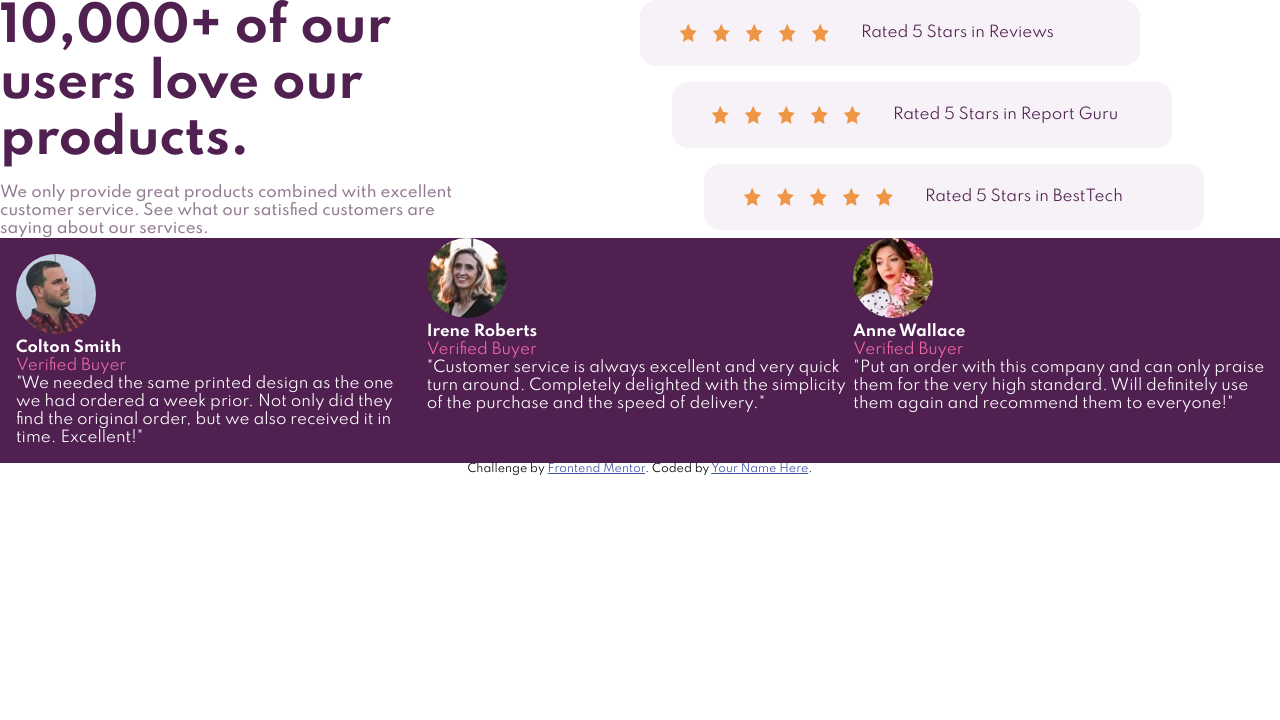
Repository: Pedrohamoura-Git/Frontend-Mentor-Challenges
Page: Newbie/social-proof-section-master/index.html
An editor plug-in stored every save of this project. The page is shown before and after the next save, followed by the edit.
The browser window is 1280 px wide. The pictures show the whole page.

Above is the page before, as saved 2021-05-30 12:28:06.

After the next save:
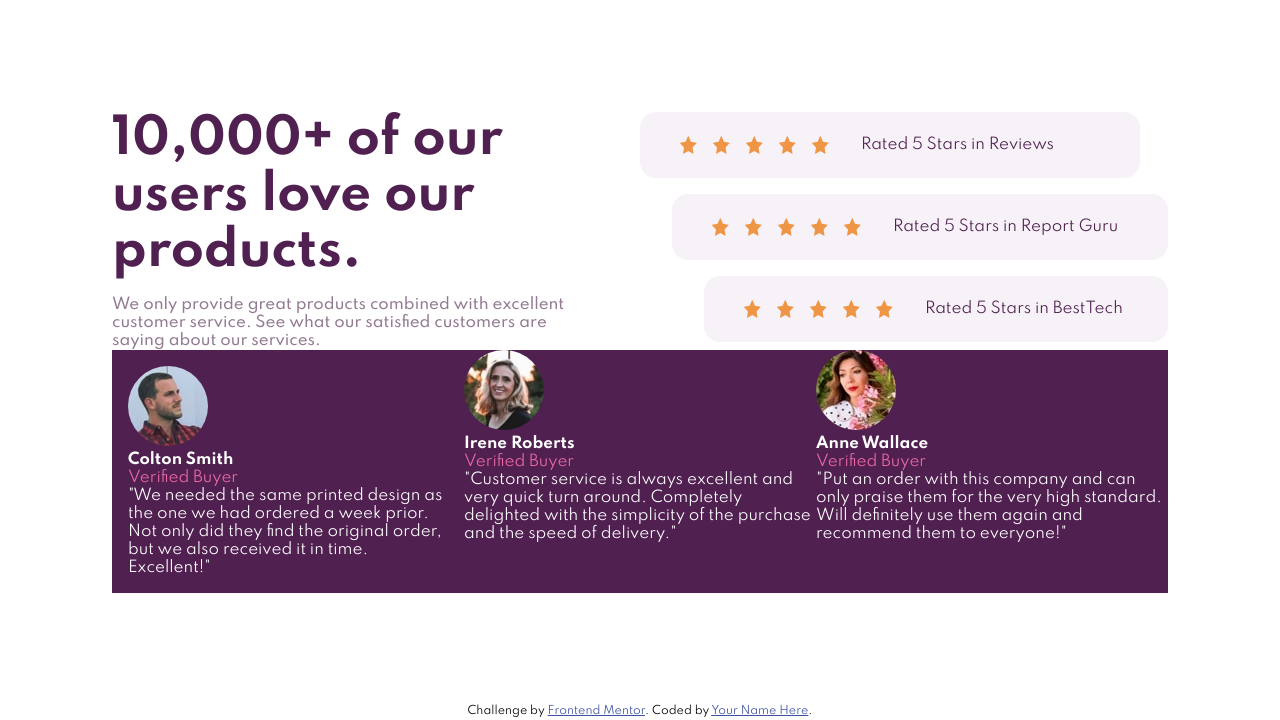
Saved 7 s later.
--- a/Newbie/social-proof-section-master/css/style.css
+++ b/Newbie/social-proof-section-master/css/style.css
@@ -16,7 +16,7 @@
         /* font-weight:  700; */
     }
 
-    #wrapper {
+    .wrapper {
         padding: 7rem;
 
     }

After the save that followed:
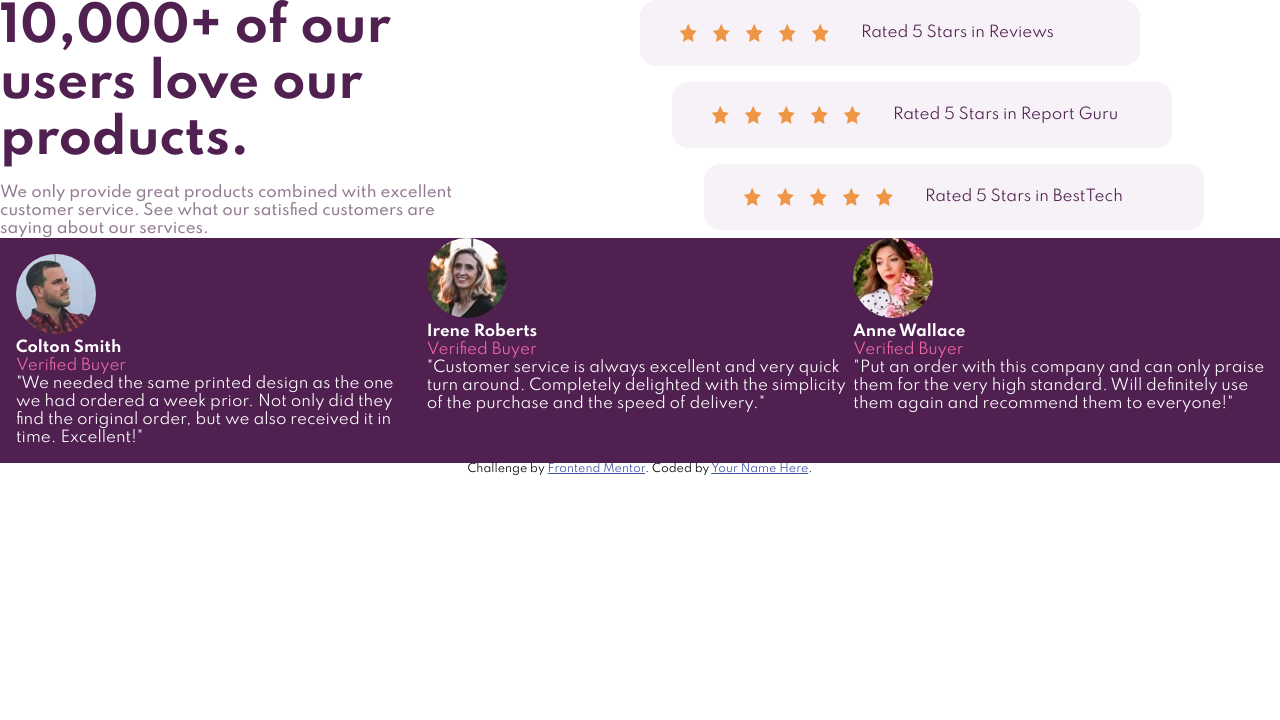
Saved 6 s later.
--- a/Newbie/social-proof-section-master/index.html
+++ b/Newbie/social-proof-section-master/index.html
@@ -29,7 +29,7 @@
   </head>
 
   <body>
-    <div class="wrapper">
+    <div id="wrapper">
       <!-- Start header -->
       <header>
         <div id="title">
